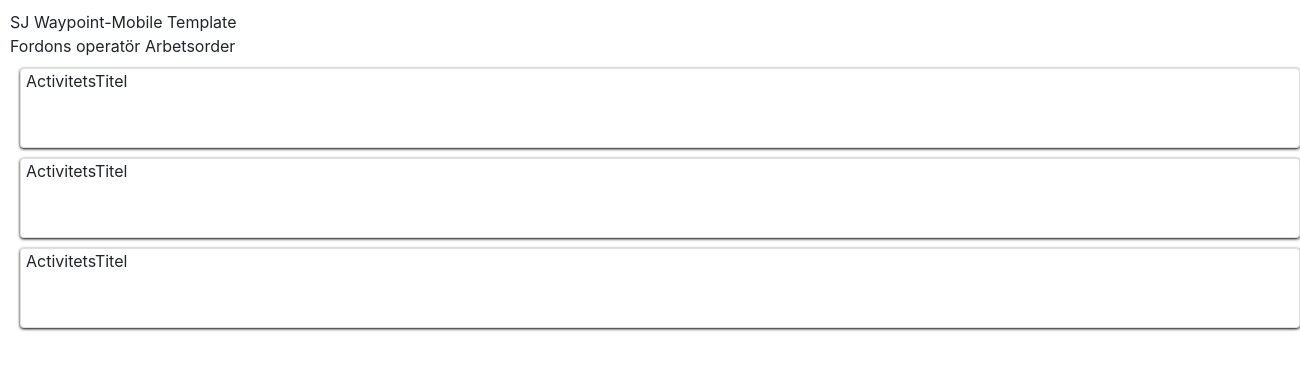
Repository: AdrianaLarsson/yarn-next-typescript
Page: /
The author's editor kept a copy of each file at every save. The page is drawn from the files as they stood at one save, then again after a run of saves.
The browser window is 1280 px wide. The page is 1300 px wide, then 1280 px, so the pictures cover 1300 px, including what lies to the right of the window. The pictures show the whole page.
The project was rebuilt for these pictures with package versions that can differ from the ones it lists, and the page was loaded fresh each time. The framework's server and built-in components were replaced by stand-ins that run in the browser.

Above is the page before, as saved 2021-02-28 11:43:50.

After the next 6 saves:
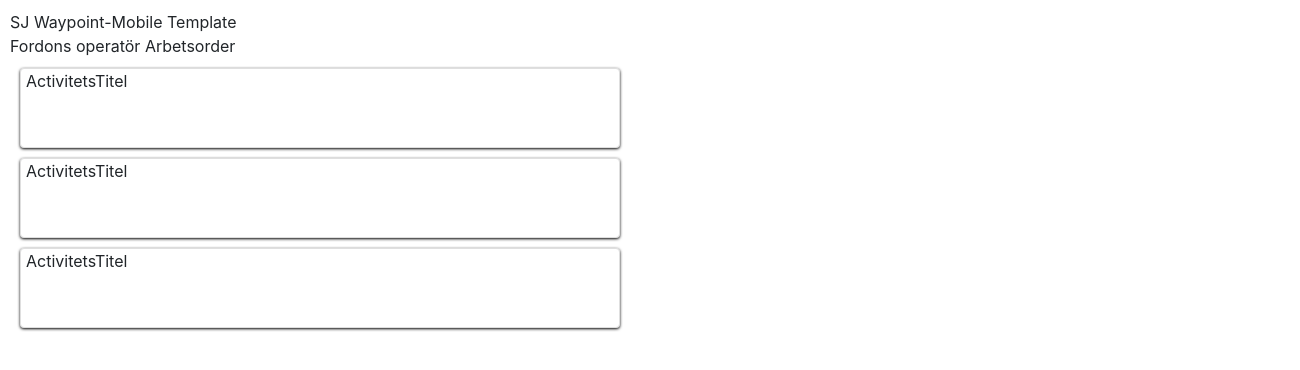
The 6 saves are shown as one change because they came seconds apart.
The last was saved 27 s later.
--- a/components/organisms/Card/Card.tsx
+++ b/components/organisms/Card/Card.tsx
@@ -6,7 +6,7 @@ import px2vw from '../../../styles/px2vw';
 
 const StyledCard = styled(Card)`
 display: flex;
-width: ${px2vw(320, 320)};
+width: ${px2vw(150, 320)};
 height: 5em;
 margin: 10px;
 padding-left: 5px;
